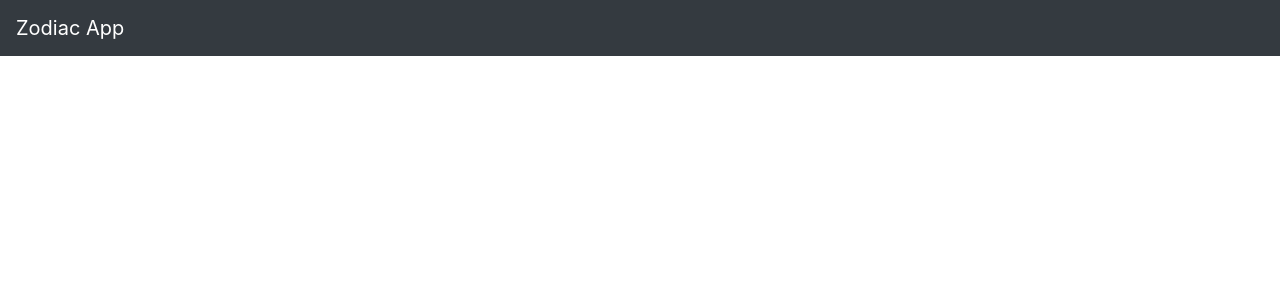
Repository: robertkameni/Zodiac-App
Page: client/index.html
The author's editor kept a copy of each file at every save. The page is drawn from the files as they stood at one save, then again after a run of saves.
The browser window is 1280 px wide. The pictures show the whole page.

Above is the page before, as saved 2019-06-16 15:43:59.

After the next 2 saves:
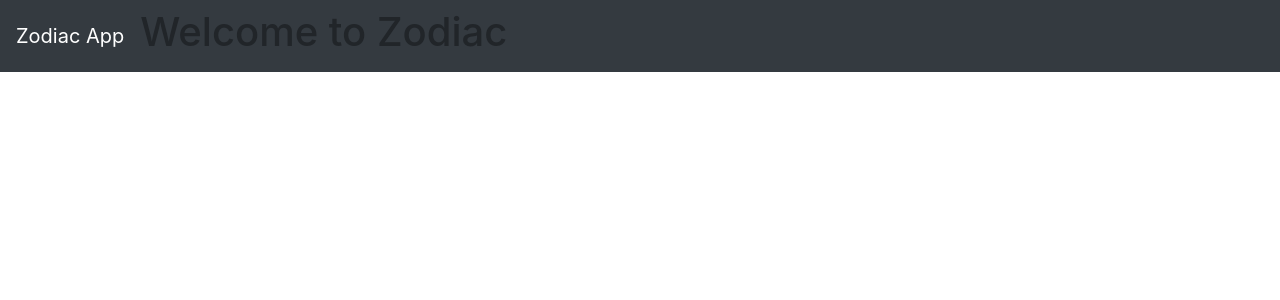
The 2 saves are shown as one change because they came seconds apart.
The last was saved 9 s later.
--- a/client/index.html
+++ b/client/index.html
@@ -20,7 +20,7 @@
             <span class="navbar-toggler-icon"></span>
         </button>
 
-        <h1></h1>
+        <h1>Welcome to Zodiac</h1>
     </nav>
 
 

After the save that followed:
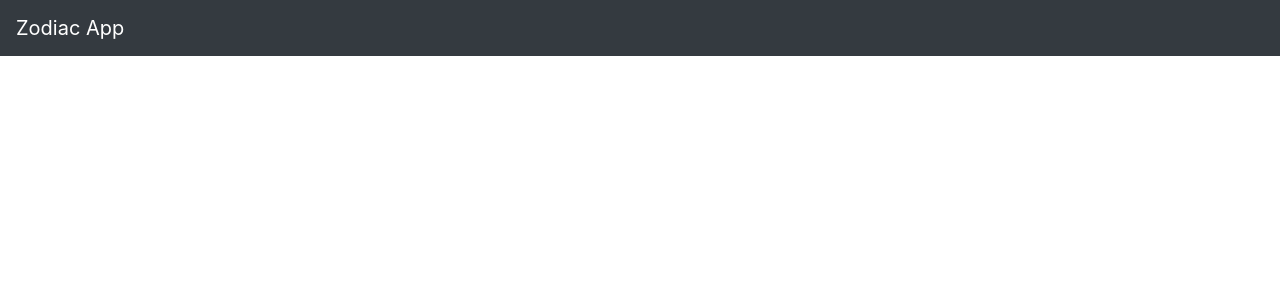
Saved 18 s later.
--- a/client/index.html
+++ b/client/index.html
@@ -19,9 +19,9 @@
             aria-controls="navbarSupportedContent" aria-expanded="false" aria-label="Toggle navigation">
             <span class="navbar-toggler-icon"></span>
         </button>
+    </nav>
 
-        <h1>Welcome to Zodiac</h1>
-    </nav>
+
 
 
 
